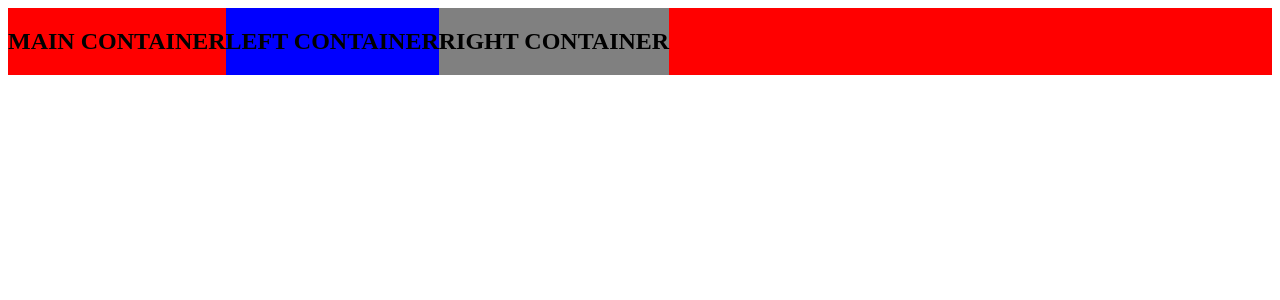
Repository: arindamslt/JEECoding
Page: JEE_FRONTEND/src/main/webapp/10Nav.html
These files come from the project's save history. The page is drawn as it stood at one moment and after the next save; the edit follows.
The browser window is 1280 px wide. The pictures show the whole page.

Above is the page before, as saved 2025-07-15 14:27:42.

After the next save:
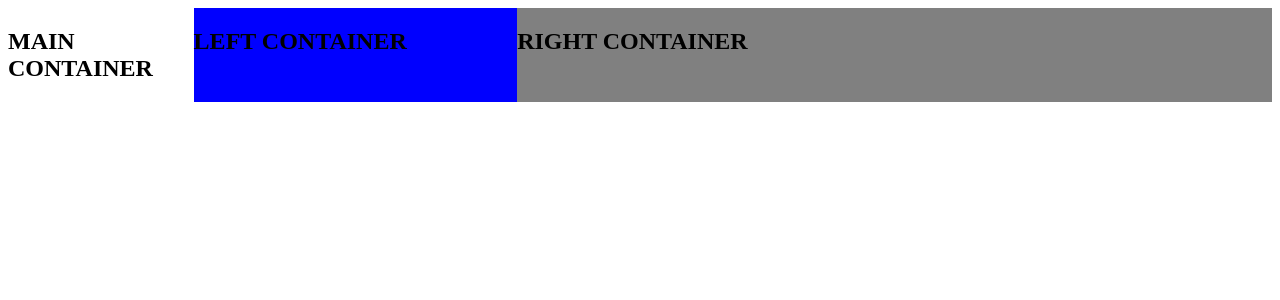
Saved 41 s later.
--- a/JEE_FRONTEND/src/main/webapp/Nav.css
+++ b/JEE_FRONTEND/src/main/webapp/Nav.css
@@ -1,10 +1,12 @@
 #mnConatiner{
-	background-color: red;
+	/*background-color: red;*/
 	display: flex;
 }
 #lftContainer{
 	background-color: blue;
+	width: 30%;
 }
 #rghtContainer{
 	background-color: gray;
+	width:70%;
 }
